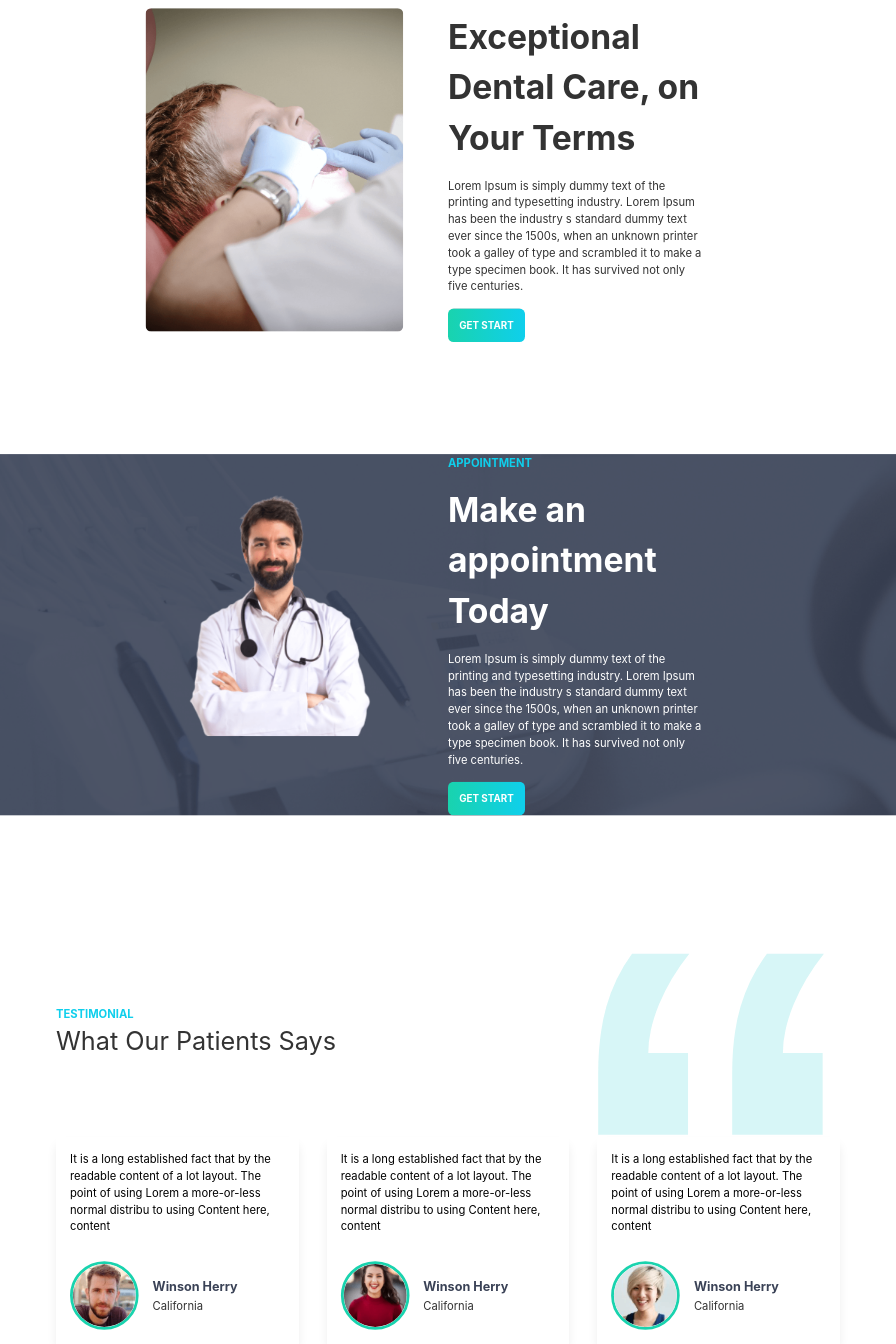
Repository: shikubro90/doctorsportal
Page: /
An editor plug-in stored every save of this project. The page is shown before and after the next save, followed by the edit.
The browser window is 1280 px wide. The pictures show the part of the page from y = 1794 to 3714 px (the page is 3714 px tall before and 3690 px after), at 70% of full size.
The project was rebuilt for these pictures with package versions that can differ from the ones it lists, and the page was loaded fresh each time. Also part of the build but not shown: src/App.css, src/Pages/About/About.jsx.

Above is the page before, as saved 2022-10-02 10:23:55.

After the next save:
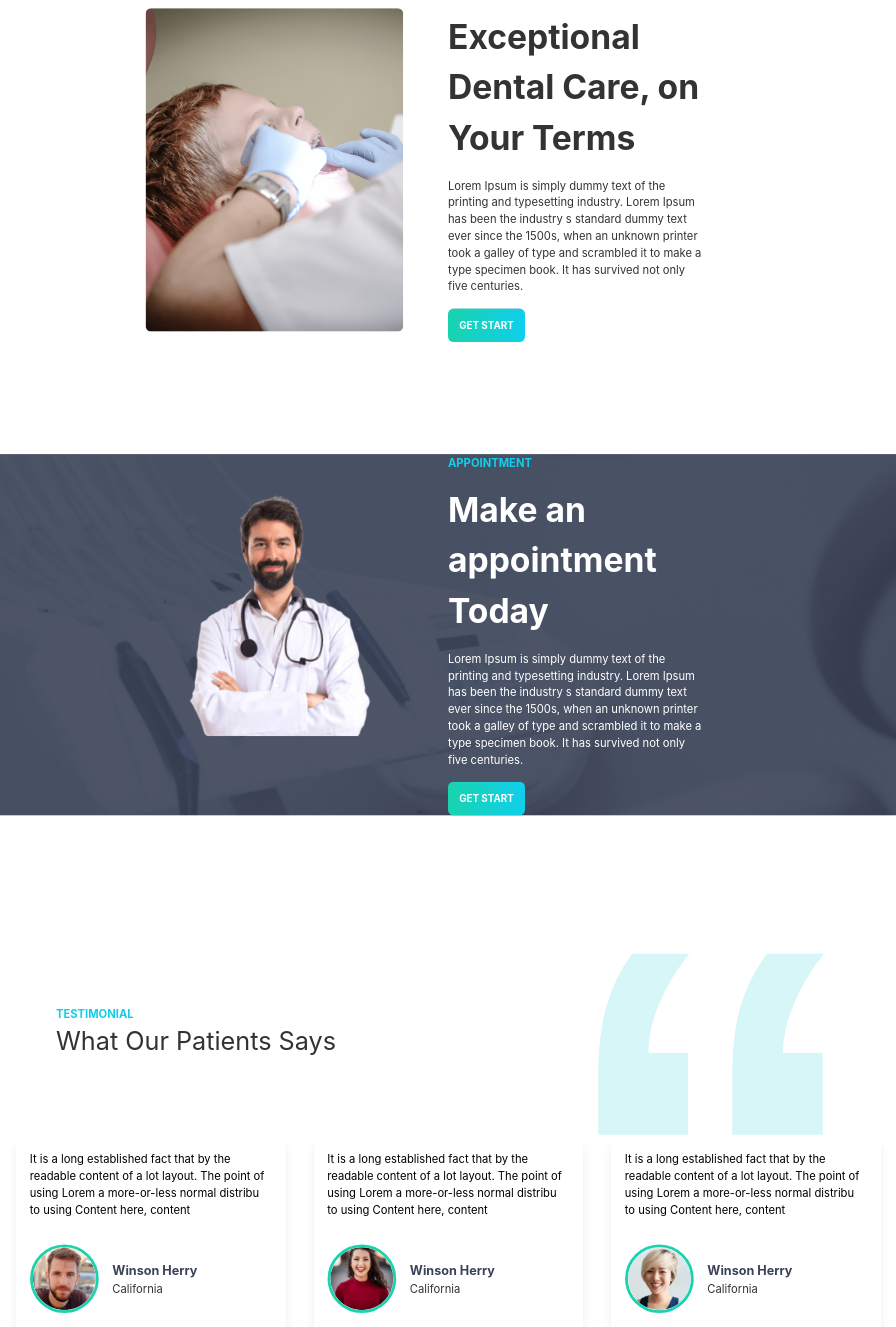
Saved 35 s later.
--- a/src/Pages/Home/TestimonialSection.jsx
+++ b/src/Pages/Home/TestimonialSection.jsx
@@ -5,10 +5,10 @@ import { testimonial } from '../../assets/resourse/Resourse.js'
 
 const TestimonialSection = () => {
   return (
-    <div className="testimonial px-20">
+    <div className="testimonial">
       <div className="testimonialWrap">
         <div className="content">
-          <div className="header flex items-center justify-between ">
+          <div className="header flex items-center justify-between px-20">
             <div className="header_left">
               <div className="shortTitle uppercase text-primary font-bold">
                 Testimonial
